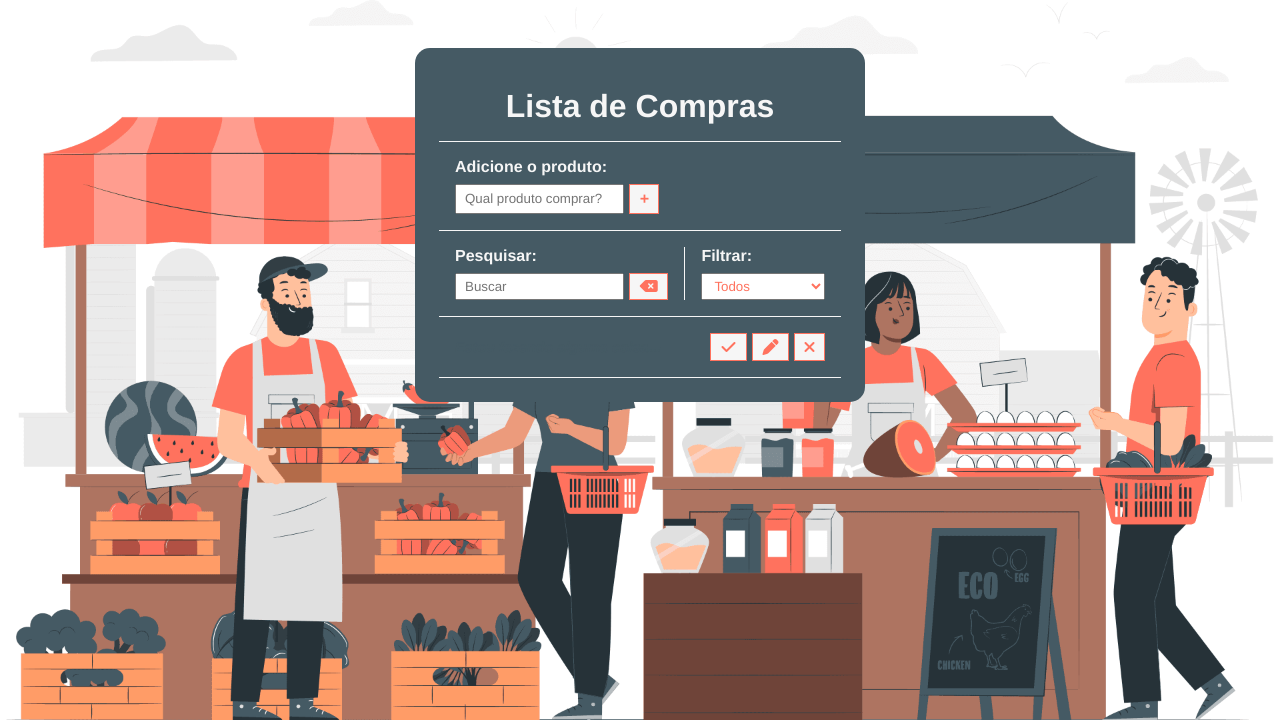
Repository: Dkrvalho/mercado
Page: index.html
The author's editor kept a copy of each file at every save. The page is drawn from the files as they stood at one save, then again after a run of saves.
The browser window is 1280 px wide. The pictures show the whole page.

Above is the page before, as saved 2023-01-09 15:34:36.

### index.html
<!DOCTYPE html>
<html lang="en">
<head>
    <meta charset="UTF-8">
    <meta http-equiv="X-UA-Compatible" content="IE=edge">
    <meta name="viewport" content="width=device-width, initial-scale=1.0">
    <!-- CSS -->
    <link rel="stylesheet" href="css/style.css">
    <!-- Font Awesome -->
    <link rel="stylesheet" href="https://cdnjs.cloudflare.com/ajax/libs/font-awesome/6.2.1/css/all.min.css" integrity="sha512-MV7K8+y+gLIBoVD59lQIYicR65iaqukzvf/nwasF0nqhPay5w/9lJmVM2hMDcnK1OnMGCdVK+iQrJ7lzPJQd1w==" crossorigin="anonymous" referrerpolicy="no-referrer" />
    <!-- JS -->
    <script src="js/script.js" defer></script>
    <!-- defer faz com que o js seja carregado após o html -->
    <title>Lista de Compras</title>
</head>
<body>
    <main class="container">
        <header>
            <h1>Lista de Compras</h1>
        </header>
        <form id="todo-form">
            <p>Adicione o produto:</p>
            <div class="form-control">
                <input type="text" id="todo-input" placeholder="Qual produto comprar?">
                <button type="submit">
                    <i class="fa-thin fa-plus"></i>
                </button>
            </div>
        </form>
        <form id="edit-form" class="hide">
            <p>Edite o produto</p>
            <div id="form-control">
                <input type="text" id="edit-input">
                <button type="submit">
                    <i class="fa-solid fa-check-double"></i>
                </button>
            </div>
            <button id="cancel-edit-btn">Cancelar</button>
        </form>
        <div id="toolbar">
            <div id="search">
                <h4>Pesquisar:</h4>
                <form>
                    <input type="text" id="search-input" placeholder="Buscar">
                    <button id="erase-btn">
                        <i class="fa-solid fa-delete-left"></i>
                    </button>
                </form>
            </div>
            <div id="filter">
                <h4>Filtrar:</h4>
                <select id="filter-select">
                    <option value="all">Todos</option>
                    <option value="done">Comprados</option>
                    <option value="todo">A comprar</option>
                </select>
            </div>
        </div>
        <div id="todo-list">
            <div class="todo done">
                <h3>Estou fazendo alguma coisa...</h3>
                <button class="finish-todo">
                    <i class="fa-solid fa-check"></i>
                </button>
                <button class="edit-todo">
                    <i class="fa-solid fa-pen"></i>
                </button>
                <button class="remove-todo">
                    <i class="fa-solid fa-xmark"></i>
                </button>
            </div>
        </div>
    </main>
</body>
</html>

### css/style.css
/* Geral */
* {
    padding: 0;
    margin: 0;
    font-family: Helvetica, sans-serif, Arial;
    color: #f6f6f6;
    box-sizing: border-box;
}

html {
    background: url(../img/fundo.png) no-repeat center center fixed;
    -webkit-background-size: cover;
    -moz-background-size: cover;
    -o-background-size: cover;
    background-size: cover;
  }

button {
    background-color: #f6f6f6;
    color: #ff725e;
    border: 1px solid #ff725e;
    padding: .3rem .6rem;
    font-size: 1rem;
    cursor: pointer;
    display: flex;
    justify-content: center;
    align-items: center;
    transition: .4s;
}

button:hover {
    background-color: #ff725e;
    color: #f6f6f6;
}

button:hover > i {
    color: #f6f6f6;
}

button i {
    color: #ff725e;
    font-weight: bold;
    pointer-events: none;
}

input, select {
    padding: .25rem .5rem;
}

input, select, textarea{
    color: #455a64;
}

textarea:focus, input:focus {
    color: #455a64;
}

.hide {
    display: none;
}

/* To Do Header */
.container {
    max-width: 450px;
    margin: 3rem auto;
    background-color: #455a64;
    padding: 1.5rem;
    border-radius: 15px;
}

.container header {
    text-align: center;
    padding: 1rem 1rem;
    border-bottom: 1.5px solid #f6f6f6;
}

/* Form */
#todo-form, #edit-form {
    padding: 1rem;
    border-bottom: 1.5px solid #f6f6f6;
}

#todo-form p, #edit-form p {
    margin-bottom: .5rem;
    font-weight: bold;
}

.form-control {
    display: flex;
}

.form-control input {
    margin-right: .3rem;
}

#cancel-edit-btn {
    margin-top: 1rem;
}

/* To Do toolbar */
#toolbar {
    padding: 1rem;
    border-bottom: 1.5px solid #f6f6f6;
    display: flex;
}

#toolbar h4 {
    margin-bottom: .5rem;
}

#search {
    border-right: 1.5px solid #f6f6f6;
    padding-right: 1rem;
    margin-right: 1rem;
    width: 65%;
    display: flex;
    flex-direction: column;
}

#search form {
    display: flex;
}

#search input {
    width: 100%;
    margin-right: .3rem;
}

#filter {
    width: 35%;
    display: flex;
    flex-direction: column;
}

#filter select {
    flex: 1;
    color: #ff725e;
}

#filter select option {
    color: #ff725e;
}

/* To Do List */

.todo {
    display: flex;
    justify-content: space-around;
    align-items: center;
    padding: 1rem;
    border-bottom: 1px solid #f6f6f6;
    transition: .4s;
}

.todo h3 {
    flex: 1;
    font-size: .9rem;
}

.todo button {
    margin-left: .3rem;
}

.done h3 {
    color: #455a64;
    text-decoration: line-through;
    font-style: italic;
}

Loaded but not shown: js/script.js (no copy from this time; the picture is the same without it)

After the next 2 saves:
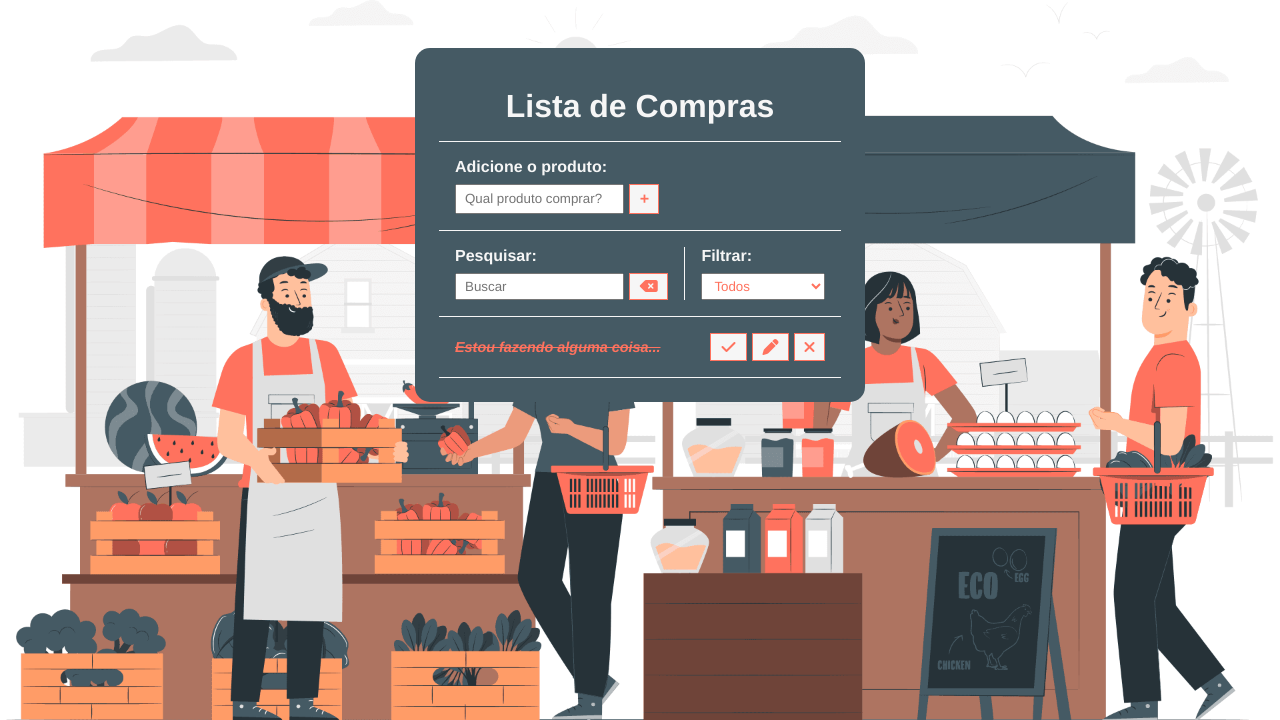
The 2 saves are shown as one change because they came seconds apart.
The last was saved 5 s later.
--- a/css/style.css
+++ b/css/style.css
@@ -162,7 +162,7 @@ textarea:focus, input:focus {
 }
 
 .done h3 {
-    color: #455a64;
+    color: #ff725e;
     text-decoration: line-through;
     font-style: italic;
 }
